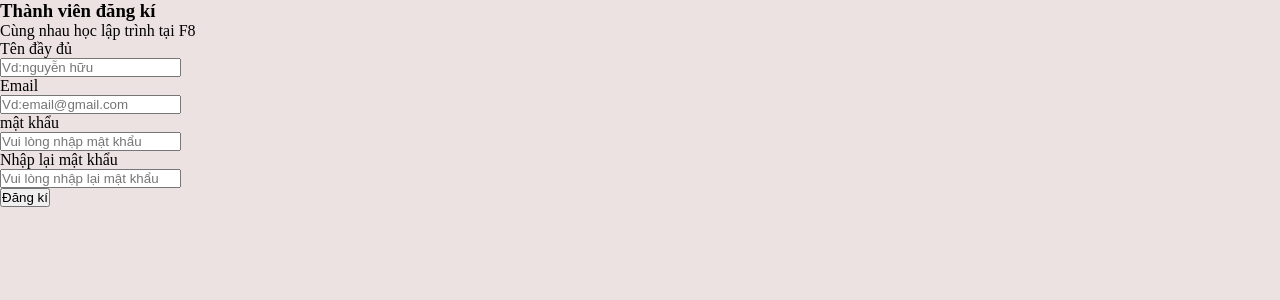
Repository: HuunvDev/Validator
Page: index.html
The author's editor kept a copy of each file at every save. The page is drawn from the files as they stood at one save, then again after the next save.
The browser window is 1280 px wide. The pictures show the whole page.

Above is the page before, as saved 2022-08-20 09:04:28.

After the next save:
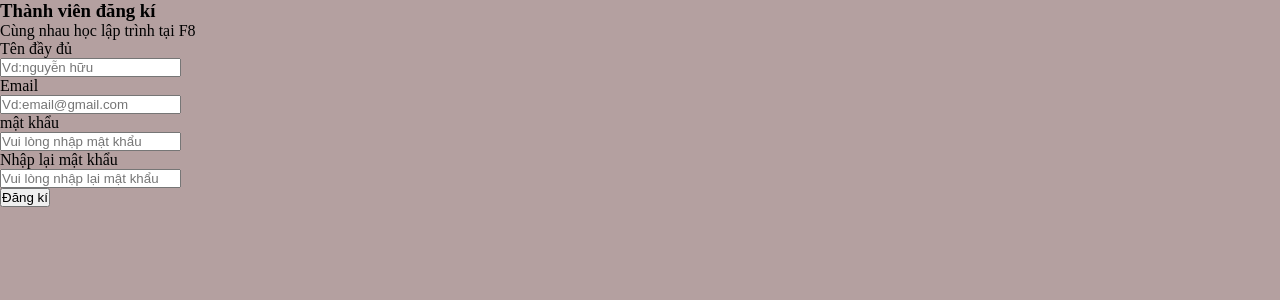
Saved 14 s later.
--- a/style.css
+++ b/style.css
@@ -5,5 +5,5 @@
     overflow: hidden;
 }
 body{
-    background-color:rgb(237, 226, 226);
+    background-color:rgb(180, 160, 160);
 }
